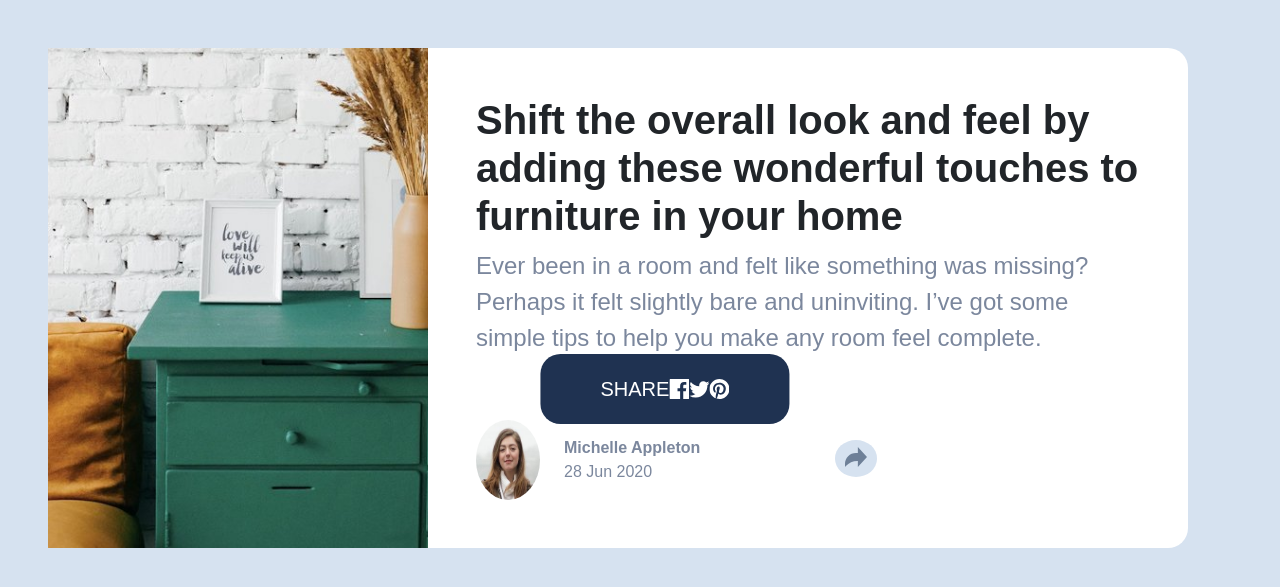
Repository: blordeus/article-preview-component
Page: index.html
These files come from the project's save history. The page is drawn as it stood at one moment and after a run of saves; the edit follows.
The browser window is 1280 px wide. The pictures show the whole page.

Above is the page before, as saved 2024-05-17 17:31:49.

### index.html
<!DOCTYPE html>
<html lang="en">
<head>
  <meta charset="UTF-8">
  <meta name="viewport" content="width=device-width, initial-scale=1.0"> <!-- displays site properly based on user's device -->

  <link rel="icon" type="image/png" sizes="32x32" href="./images/favicon-32x32.png">
  <link href="https://cdn.jsdelivr.net/npm/bootstrap@5.3.3/dist/css/bootstrap.min.css" rel="stylesheet" integrity="sha384-QWTKZyjpPEjISv5WaRU9OFeRpok6YctnYmDr5pNlyT2bRjXh0JMhjY6hW+ALEwIH" crossorigin="anonymous">
  <script src defer="https://cdn.jsdelivr.net/npm/bootstrap@5.3.3/dist/js/bootstrap.bundle.min.js" integrity="sha384-YvpcrYf0tY3lHB60NNkmXc5s9fDVZLESaAA55NDzOxhy9GkcIdslK1eN7N6jIeHz" crossorigin="anonymous"></script>
  <script src defer="./socials.js"></script>
  <link rel="stylesheet" href="style.css">
  <title>Frontend Mentor | Article preview component</title>

</head>
<body class="container m-5">

  <main class="bg-color row">

    <section id="section-1" class="col-4">
    </section>

    <section class="col my-auto p-5">
      <h1 class="text-color fw-bold fs-1">Shift the overall look and feel by adding these wonderful touches to furniture in your home</h1>

      <p class="fs-4">
        Ever been in a room and felt like something was missing? Perhaps
        it felt slightly bare and uninviting. I’ve got some simple tips
        to help you make any room feel complete.
      </p>
      <div class="row pt-5">
        <div class="col d-flex">
          <img id="avatar" src="./images/avatar-michelle.jpg" alt="michelle">
            <div class="ms-4 vstack my-auto mt-3">
              <p class="fw-bold font-black fs-6">Michelle Appleton <br> <span class="fw-normal">28 Jun 2020</span></p>
            </div>
          </div>
          <div class="col my-auto">
              <div class="d-flex justify-content-evenly align-items-center popup">
                <p class="popup-text mt-3">SHARE</p>
                  <img id="facebook" src="./images/icon-facebook.svg" alt="facebook">
                  <img id="twitter" src="./images/icon-twitter.svg" alt="twitter">
                  <img id="pinterest" src="./images/icon-pinterest.svg" alt="pinterest">
              </div>
            <a href="#"><span class="share-background"><img id="share" src="./images/icon-share.svg" alt="share"></span></a>
          </div>
        </div>
      </div>
    </section>

  </main>
  <div class="attribution d-none">
    Challenge by <a href="https://www.frontendmentor.io?ref=challenge" target="_blank">Frontend Mentor</a>.
    Coded by <a href="#">Bryan Lordeus</a>.
  </div>
</body>
</html>

### style.css
/* root */
:root {
    --white: hsl(0, 0%, 100%);
    --light-gray: hsl(212, 45%, 89%);
    --grayish-blue: hsl(220, 15%, 55%);
    --dark-blue: hsl(218, 44%, 22%);
}

/* import Manrope font */
@import url('https://fonts.googleapis.com/css2?family=Manrope:wght@500;700&display=swap');

* {
    font-family: 'Manrope', sans-serif;
}


body {
    background-color: var(--light-gray);
}

main {
    background-color: var(--white);
    border-radius: 20px;

}

p {
    font-size: 13px;
    color: var(--grayish-blue);
}

#section-1 {
    background-image: url(./images/drawers.jpg);
    background-repeat: no-repeat;
    background-size: cover;
}

#avatar {
    /* make round */
    border-radius: 50%;
    /* make image smaller */
    width: 20%;
}

#share {
    width: 7%;
    position: static;
    margin-bottom: 2%;
}

.share-background {
    /* add light gray circle as background to icon */
    background-color: var(--light-gray);
    border-radius: 50%;
    padding: 10px;
    /* center icon */
    margin-left: 15px;
    margin-right: 15px;
    z-index: -2;
}

.popup {
    background-color: var(--dark-blue);
    border-radius: 20px;
    padding: 4px 60px;
    position: absolute;
    top: 50%;
    left: 50%;
    transform: translate(-40%, -30%);
    z-index: 1;
    margin-top: 15px;
    margin-bottom: 15px;
}

.popup-text {
    color: var(--white);
    font-size: 20px;
}

After the next 2 saves:
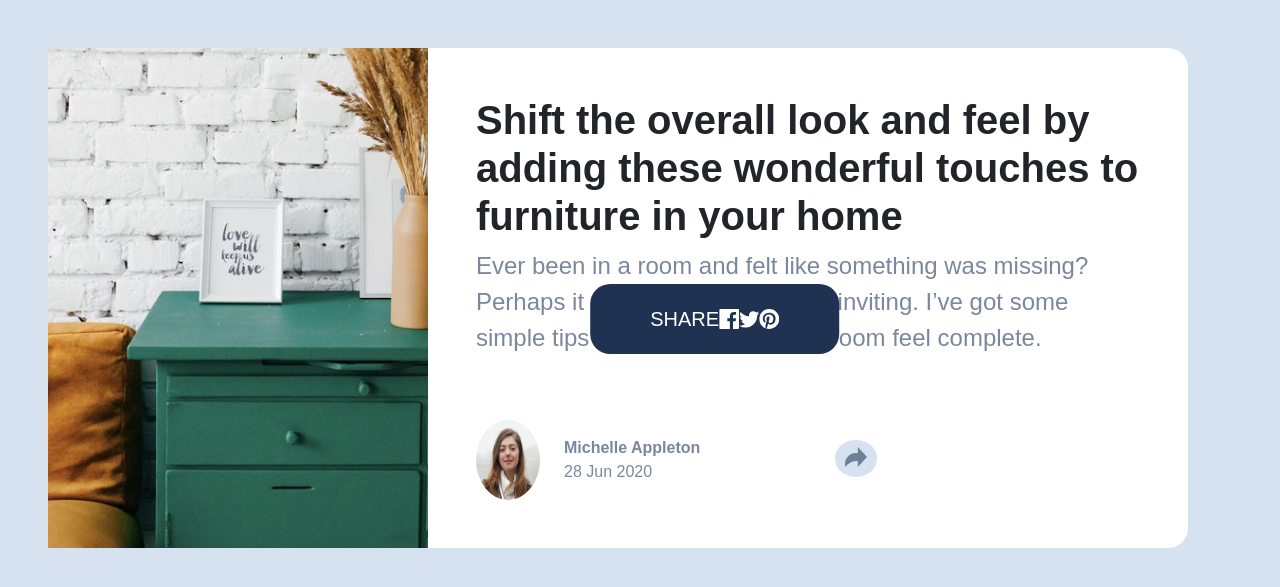
The 2 saves are shown as one change because they came seconds apart.
The last was saved 8 s later.
--- a/style.css
+++ b/style.css
@@ -66,7 +66,7 @@ p {
     position: absolute;
     top: 50%;
     left: 50%;
-    transform: translate(-40%, -30%);
+    transform: translate(-20%, -130%);
     z-index: 1;
     margin-top: 15px;
     margin-bottom: 15px;
